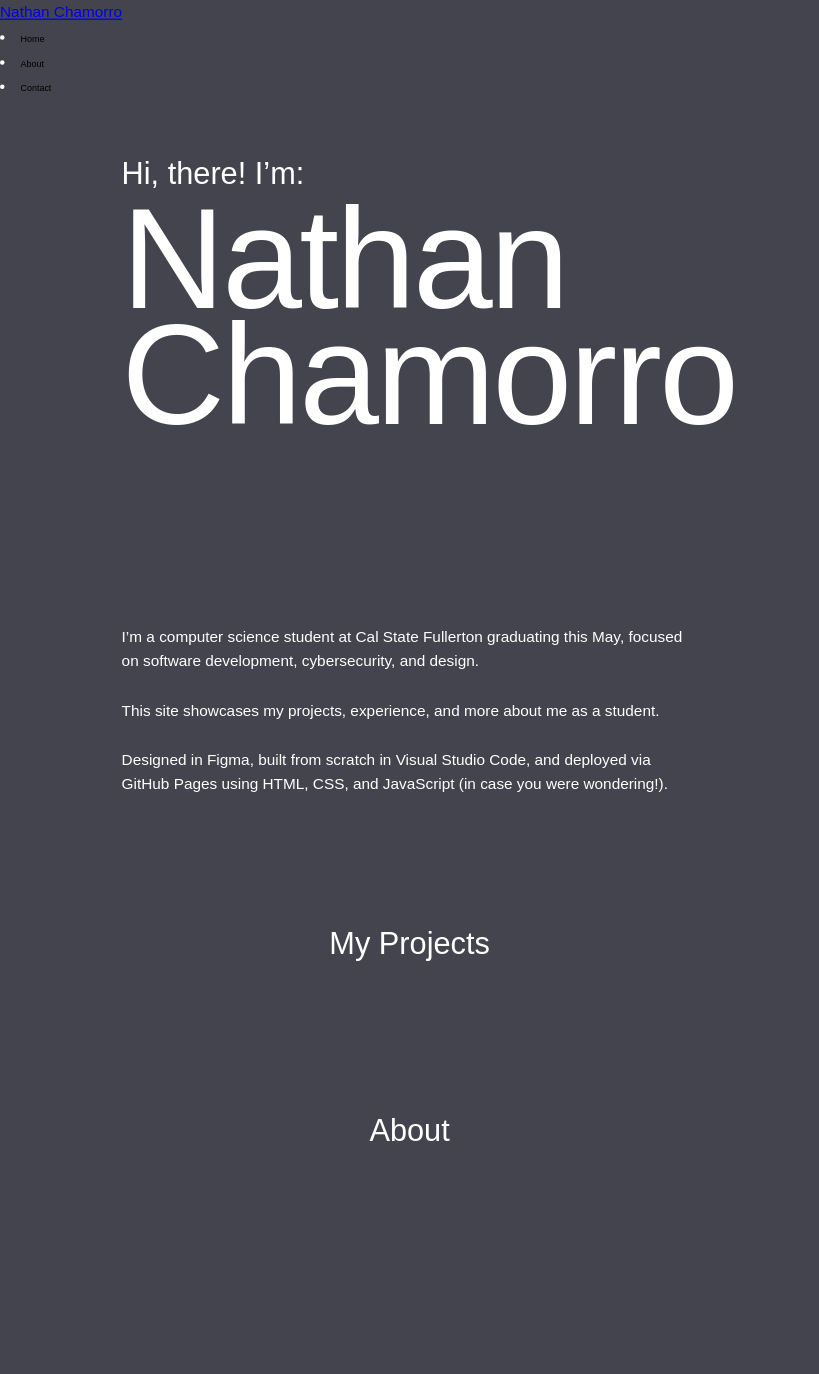
Repository: nathanchamorro1/nathanchamorro1.github.io
Page: index.html
An editor plug-in stored every save of this project. The page is shown before and after the next save, followed by the edit.
The browser window is 1280 px wide. The pictures show the whole page, at 64% of full size.
Some web fonts or font styles are not loaded; a fallback is used.

Above is the page before, as saved 2026-02-17 17:00:20.

### index.html
<!DOCTYPE html>
<html lang="en">

<head>
<meta charset="UTF-8">
<meta name="viewport" content = "width=device-width,initial-scale=1">
<title>Nathan Chamorro's Portfolio</title>
<link rel = "icon" type = "image/x-icon" href = "/assets/snoopy-favicon.ico">
<link rel="stylesheet" href="https://use.typekit.net/lhh1weh.css">
<link rel="stylesheet" href="css/style.css">
</head>

<div class="layout">
  <nav class="sidebar">
    <a href="#home" class="nav-logo">Nathan Chamorro</a>
      <li><a href="#home" class="nav-link">Home</a></li>
            <li><a href="#about" class="nav-link">About</a></li>
      <li><a href="#contact" class="nav-link">Contact</a></li>
      </nav>

  <main class="content">
    <div class="content-wrapper">
  <section class="hero">
    <h2 class="reveal">Hi, there! I’m:</h2>
    <h1 class="reveal">Nathan Chamorro</h1>
  </section>
      <p class="reveal">
        <br>I’m a computer science student at Cal State Fullerton graduating this May, focused on software development, cybersecurity, and design. <br>
        <br>This site showcases my projects, experience, and more about me as a student.<br>
        <br>Designed in Figma, built from scratch in Visual Studio Code, and deployed via GitHub Pages using HTML, CSS, and JavaScript (in case you were wondering!). <br>
      </p>
    </section>

        <section id="projects" class="content-wrapper">
      <h3 class="reveal">My Projects</h3>
    </section>

    <section id="about" class="content-wrapper">
      <h3 class="reveal">About</h3>
    </section>

    <section id="contact" class="content-wrapper">
      <h3 class="reveal">Contact</h3>
    </section>
  </main>
</div>
<script src = "js/script.js"></script>

### css/style.css
body {
  background-color: #44444E;
  color: white;
  margin: 0;
  font-family: museo-sans, sans-serif;
  font-weight: 300;
  font-style: normal;
  font-variation-settings: "slnt" 0, "wght" 400;
  line-height: 1.6;
  font-size: 1.5rem;
}

.content-wrapper {
  max-width: 900px;
  margin: 0 auto;
  padding: 0 40px;
  padding-top: 80px;
  display: flex;
  flex-direction: column;
  gap: 40px;
}

.hero {
    min-height: calc(100vh - 80px);
    display: flex;
    align-items: flex-start;
    flex-direction: column;
    justify-content: flex-start;
    padding-top: 0px;
    text-align: left;
}

h1 {
    color: white;
    font-family: "instrument-serif", sans-serif;
    font-size: 14rem;
    font-weight: 400;
    font-variation-settings: "wght" 400;
    line-height: 0.8;
    margin: 0;
    letter-spacing: -0.02em;
}

h2 {
    color: white;
    font-family: "instrument-serif", sans-serif;
    font-weight: 400;
    font-variation-settings: "wght" 400;
    font-size: 3rem;
    opacity: 0.8;
    margin-bottom: 5px;
    margin-top: 0;
}

h3 {
    color: white;
    font-family: "instrument-serif", sans-serif;
    font-weight: 400;
    font-variation-settings: "wght" 400;
    font-size: 3rem;
    opacity: 0.8;
}

.reveal {
    opacity: 0;
    transform: translateY(20px);
    transition: opacity 0.7s ease, transform 0.7s ease;
}

.reveal-visible {
    opacity: 1;
    transform: translateY(0);
}

.navbar {
    position: fixed;
    top: 0;
    width: 100%;
    background: white;
    box-shadow: 0 2px 10px rgba(0,0,0,0.05);
    z-index: 1000;
}

.nav-container {
    max-width: 1000px;
    margin: 0 auto;
    display: flex;
    justify-content: space-between;
    align-items: left;
    padding: 15px 20px
}

.nav-menu {
    list-style: none;
    display: flex;
    gap: 25px;
    margin: 0;
    padding: 0;
}

.nav-link {
    text-decoration: none;
    color: black;
    font-size: 14px;
    position: relative;
}

.nav-link:hover {
    opacity: 0.6;
}

### js/script.js
const reveals = document.querySelectorAll(".reveal");

function revealOnScroll() {
  const windowHeight = window.innerHeight;

  reveals.forEach(el => {
    const elementTop = el.getBoundingClientRect().top;

    if (elementTop < windowHeight - 200) {
      el.classList.add("reveal-visible");
    }
  });
}

window.addEventListener("scroll", revealOnScroll);
revealOnScroll();

After the next save:
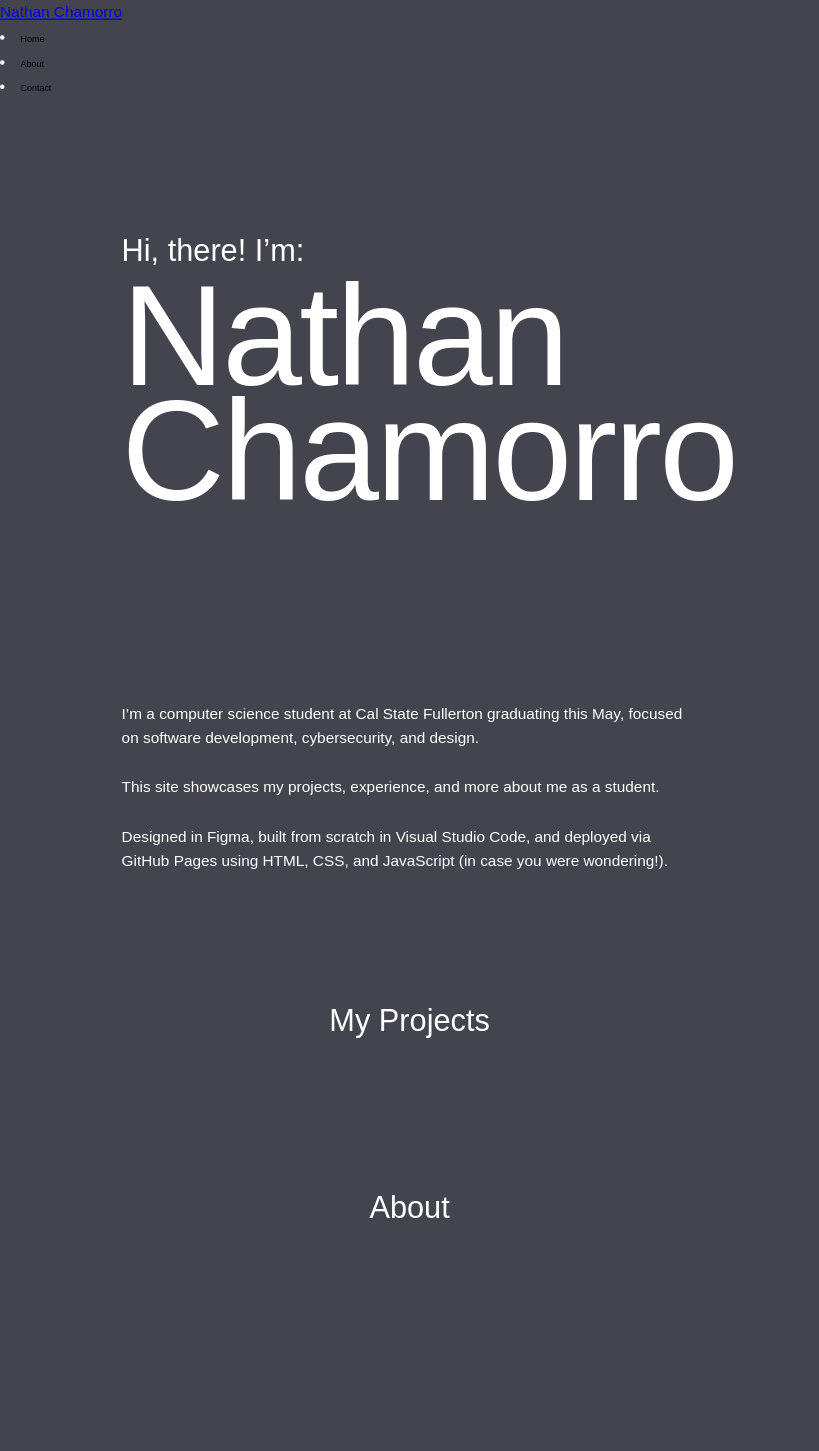
Saved 5 s later.
--- a/css/style.css
+++ b/css/style.css
@@ -26,7 +26,7 @@
     align-items: flex-start;
     flex-direction: column;
     justify-content: flex-start;
-    padding-top: 0px;
+    padding-top: 120px;
     text-align: left;
 }
 

After the save that followed:
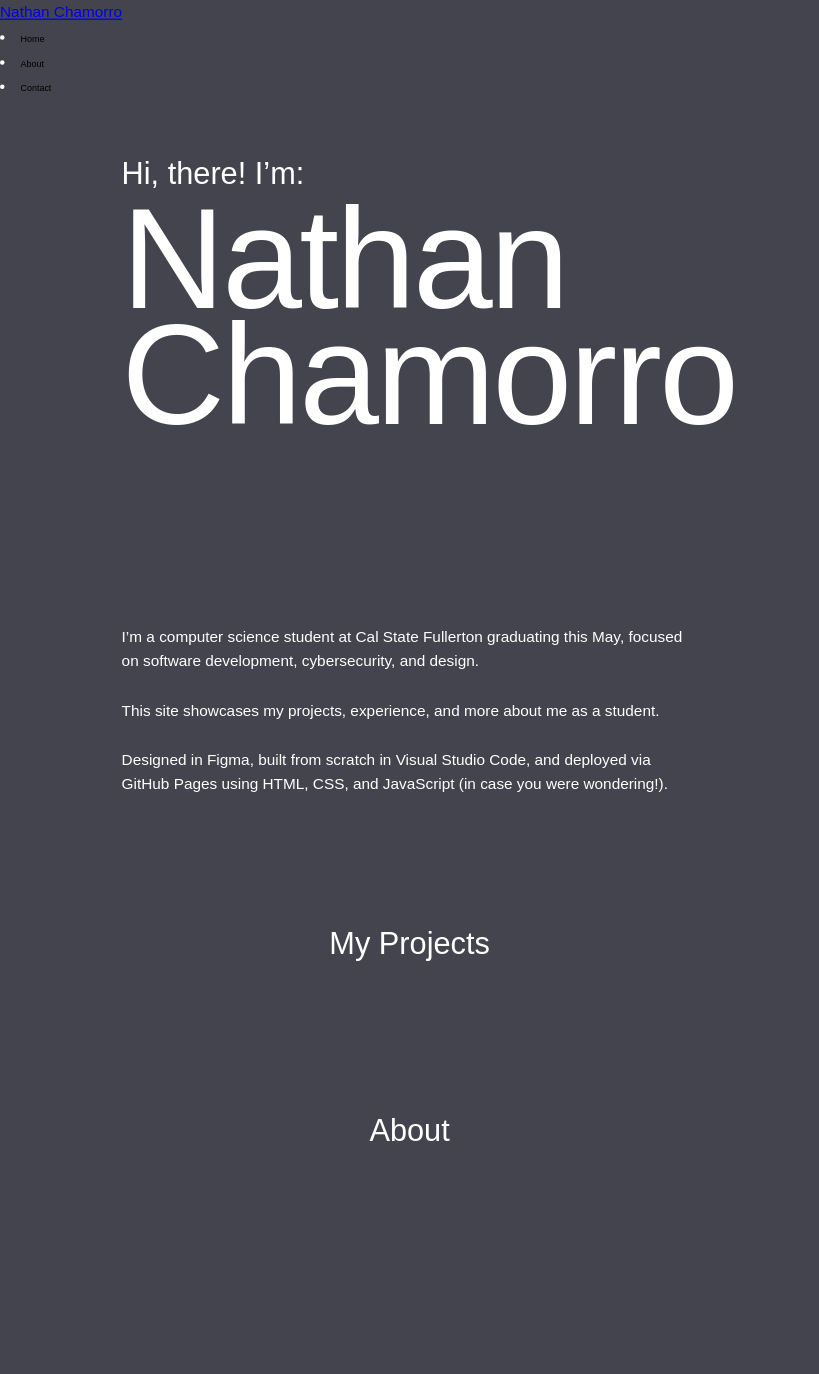
Saved 4 s later.
--- a/css/style.css
+++ b/css/style.css
@@ -26,7 +26,7 @@
     align-items: flex-start;
     flex-direction: column;
     justify-content: flex-start;
-    padding-top: 120px;
+    padding-top: 0px;
     text-align: left;
 }
 
